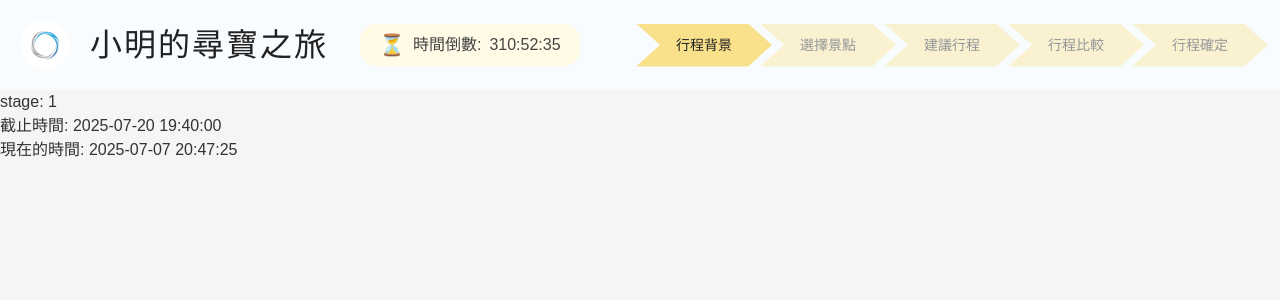
Repository: chingchen0518/MIS_graduate_project2
Page: /header
These files come from the project's save history. The page is drawn as it stood at one moment and after the next save; the edit follows.
The browser window is 1280 px wide. The pictures show the whole page.
The page's requests for data from a server got no answer. The project was rebuilt for these pictures with package versions that can differ from the ones it lists, and the page was loaded fresh each time. No one was signed in, and anything a server would have sent is missing. Also part of the build but not shown: vite.config.js, src/hooks/useGoogleMap.jsx, src/view2/Liu/map/InteractiveMap.jsx, src/view2/chingchen/attraction_card.css, src/view2/chingchen/attraction_card.jsx, src/view2/chingchen/attraction_detail.css, src/view2/chingchen/attraction_detail.jsx, src/view2/chingchen/attraction_container.css and 8 more.

Above is the page before, as saved 2025-07-16 19:43:41.

After the next save:
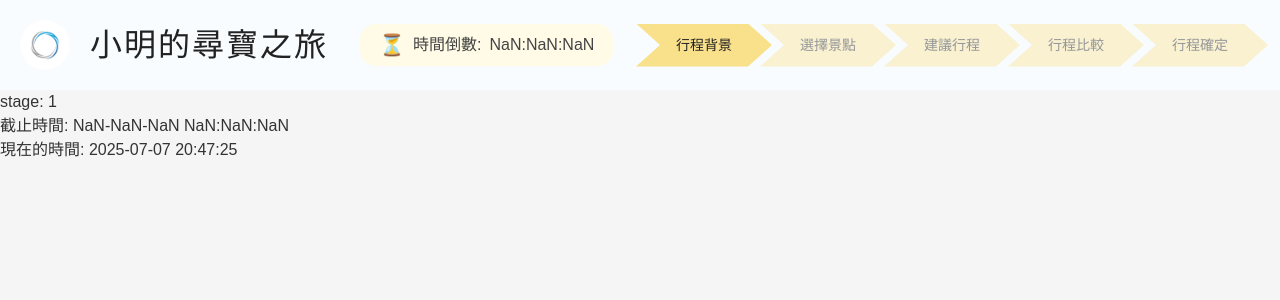
Saved 43 s later.
--- a/src/components/header.jsx
+++ b/src/components/header.jsx
@@ -3,7 +3,7 @@ import './header.css';
 
 export default function Header() {
   const [stage, setStage] = useState(1);
-  const [deadline, setDeadline] = useState(new Date('2025-07-20T19:40:00'));
+  const [deadline, setDeadline] = useState(new Date('2025-07-T19:40:00'));
   const [now, setNow] = useState(new Date());
 
   useEffect(() => {
